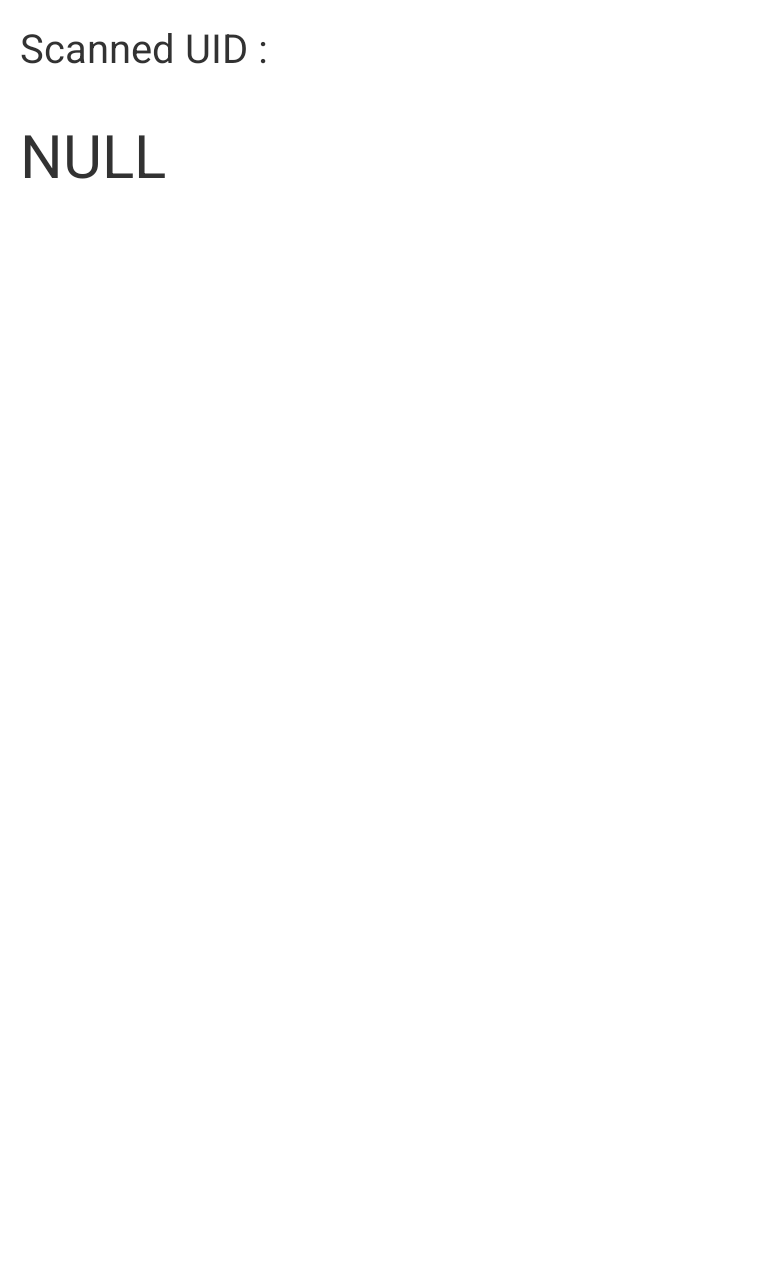
Repository: LennoxAlexion/UID
Layout: Android App/Uid-Project/res/layout/activity_qr_result.xml
An editor plug-in stored every save of this project. The layout is shown before and after the next save, followed by the edit.
It is drawn on a 768 x 1280 px phone screen (xhdpi) without system bars, with theme AppTheme; the app's code is not run.

Above is the layout before, as saved 2015-03-29 06:58:49.

### Android App/Uid-Project/res/layout/activity_qr_result.xml
<?xml version="1.0" encoding="utf-8"?>
<LinearLayout xmlns:android="http://schemas.android.com/apk/res/android"
    android:layout_width="match_parent"
    android:layout_height="match_parent"
    android:orientation="vertical"
>

    <TextView
        android:layout_width="wrap_content"
        android:layout_height="wrap_content"
        android:text="Scanned UID : "
        android:layout_margin="10dp"
        android:textSize="20dp" />

    <TextView
        android:id="@+id/TextView_ScannedCode"
        android:layout_width="wrap_content"
        android:layout_height="wrap_content"
        android:text="NULL"
        android:layout_margin="10dp"
        android:textSize="30dp" />





</LinearLayout>

Loaded but not shown: Android App/Uid-Project/res/values/styles.xml (common file); Android App/Uid-Project/res/values-v11/styles.xml (common file); Android App/Uid-Project/res/values-v14/styles.xml (common file); Android App/Uid-Project/res/values-v21/styles.xml (common file)

After the next save:
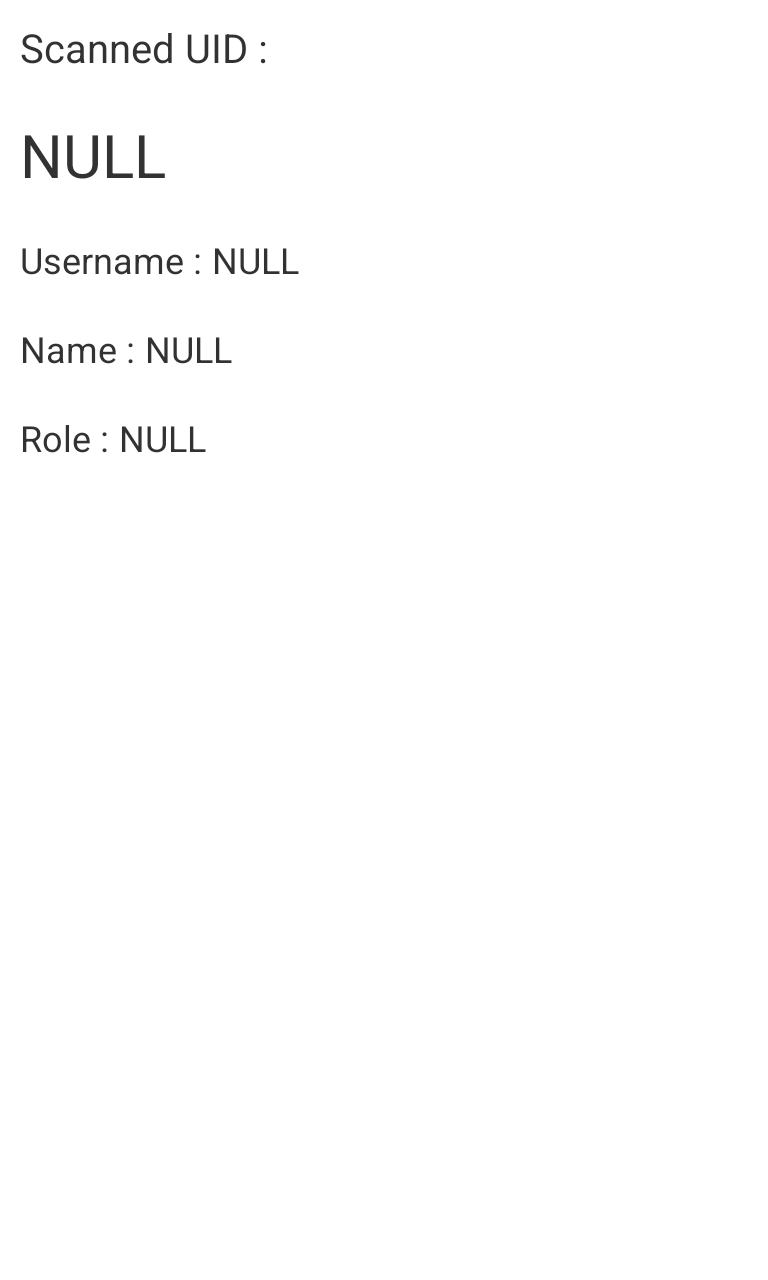
Saved 105 s later.
--- a/Android App/Uid-Project/res/layout/activity_qr_result.xml
+++ b/Android App/Uid-Project/res/layout/activity_qr_result.xml
@@ -21,7 +21,71 @@
         android:textSize="30dp" />
 
 
+    <LinearLayout
+        android:layout_width="fill_parent"
+        android:layout_height="wrap_content"
+        android:layout_margin="5dp"
+        android:orientation="horizontal"
+        android:padding="5dp" >
 
+        <TextView
+            android:layout_width="wrap_content"
+            android:layout_height="wrap_content"
+            android:text="Username :"
+            android:textSize="18dp" />
+
+        <TextView
+            android:id="@+id/TextView_Username"
+            android:layout_width="wrap_content"
+            android:layout_height="wrap_content"
+            android:layout_marginLeft="5dp"
+            android:text="NULL"
+            android:textSize="18dp" />
+    </LinearLayout>
+
+    <LinearLayout
+        android:layout_width="fill_parent"
+        android:layout_height="wrap_content"
+        android:layout_margin="5dp"
+        android:orientation="horizontal"
+        android:padding="5dp" >
+
+        <TextView
+            android:layout_width="wrap_content"
+            android:layout_height="wrap_content"
+            android:text="Name :"
+            android:textSize="18dp" />
+
+        <TextView
+            android:id="@+id/TextView_Name"
+            android:layout_width="wrap_content"
+            android:layout_height="wrap_content"
+            android:layout_marginLeft="5dp"
+            android:text="NULL"
+            android:textSize="18dp" />
+    </LinearLayout>
+
+    <LinearLayout
+        android:layout_width="fill_parent"
+        android:layout_height="wrap_content"
+        android:layout_margin="5dp"
+        android:orientation="horizontal"
+        android:padding="5dp" >
+
+        <TextView
+            android:layout_width="wrap_content"
+            android:layout_height="wrap_content"
+            android:text="Role :"
+            android:textSize="18dp" />
+
+        <TextView
+            android:id="@+id/TextView_Role"
+            android:layout_width="wrap_content"
+            android:layout_height="wrap_content"
+            android:layout_marginLeft="5dp"
+            android:text="NULL"
+            android:textSize="18dp" />
+    </LinearLayout>
 
 
 </LinearLayout>
